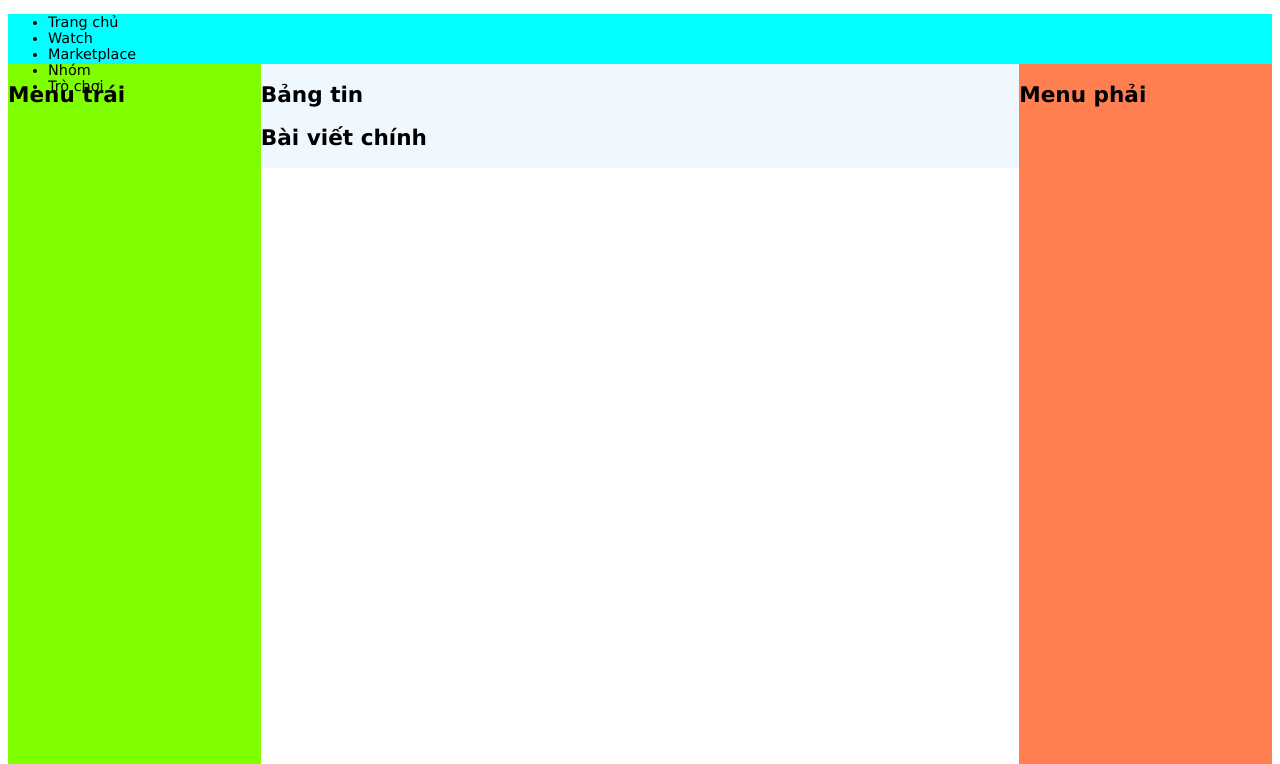
Repository: congle98/CSS_LayoutFacebookCoBan
Page: index.html
An editor plug-in stored every save of this project. The page is shown before and after a run of saves, followed by the edit.
The browser window is 1280 px wide. The pictures show the whole page.

Above is the page before, as saved 2021-05-26 15:32:15.

### index.html
<!DOCTYPE html>
<html lang="en">
<head>
    <meta charset="UTF-8">
    <meta http-equiv="X-UA-Compatible" content="IE=edge">
    <meta name="viewport" content="width=device-width, initial-scale=1.0">
    <title>Document</title>
    <style>
        body {
            font-family: Verdana,sans-serif;
            font-size: 0.9em;
        }
        header{
            background-color: cyan;
            width: 100%;
            height: 50px;

        }
        #sidebar-left{
            width: 20%;
            float: left;
            background-color: chartreuse;
            height: 700px;
        }
        section{
            position: relative;
            width: 60%;
            float: left;
            background-color:aliceblue;
        }
        #sidebar-right{
            width: 20%;
            float: right;
            background-color:coral;
            height: 700px;
        }
        #article-1{

        }
        #article-2{

        }

    </style>
</head>
<body>
    <header>
        <nav>
            <ul>
                <li>Trang chủ</li>
                <li>Watch</li>
                <li>Marketplace</li>
                <li>Nhóm</li>
                <li>Trò chơi</li>
            </ul>
        </nav>
    </header>
    <div id="sidebar-left">
        <h2>Menu trái</h2>
    </div>
    <section>
        <article id="article-1">
            <h2>Bảng tin</h2>
        </article>
        <article id="article-2">
            <h2>Bài viết chính</h2>
        </article>
    </section>
    <div id="sidebar-right">
        <h2>Menu phải</h2>
    </div>
</body>
</html>

After the next 9 saves:
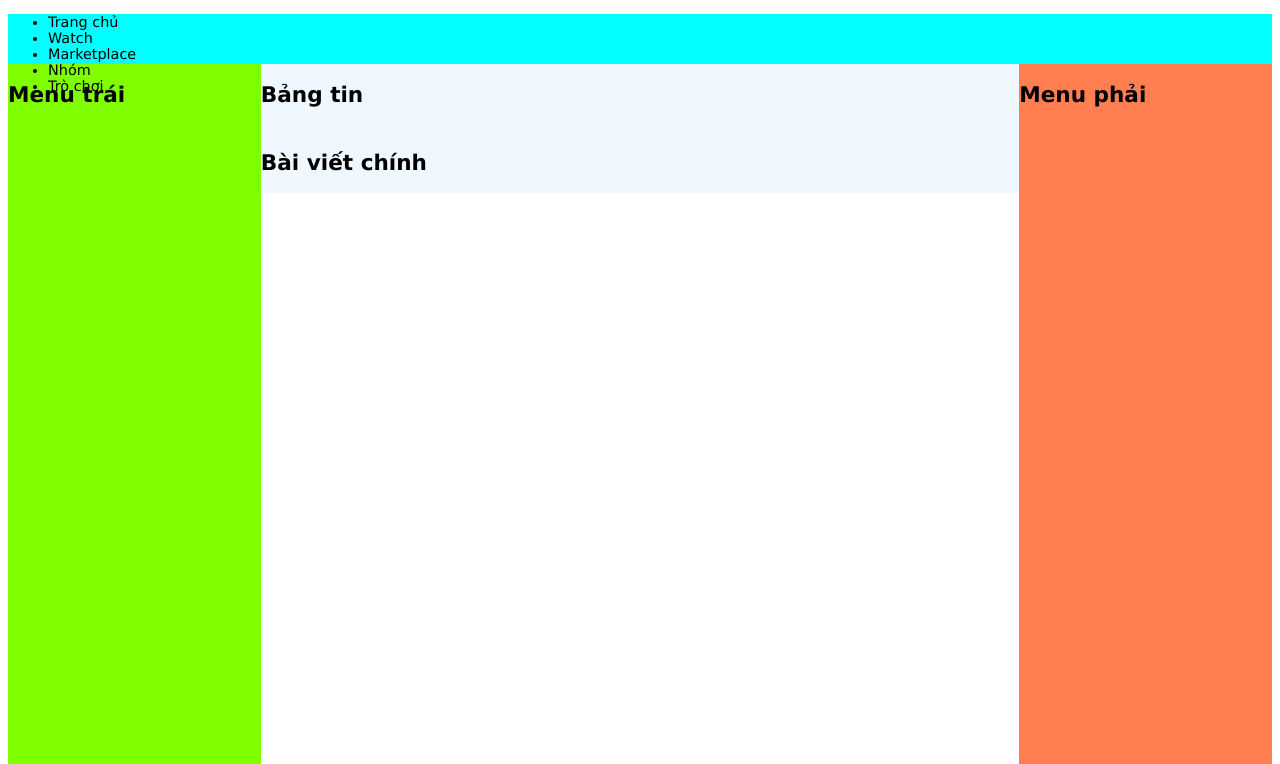
The 9 saves are shown as one change because they came seconds apart.
The last was saved 23 s later.
--- a/index.html
+++ b/index.html
@@ -23,7 +23,6 @@
             height: 700px;
         }
         section{
-            position: relative;
             width: 60%;
             float: left;
             background-color:aliceblue;
@@ -35,7 +34,8 @@
             height: 700px;
         }
         #article-1{
-
+            height: 50px;
+            background-color:
         }
         #article-2{
 
